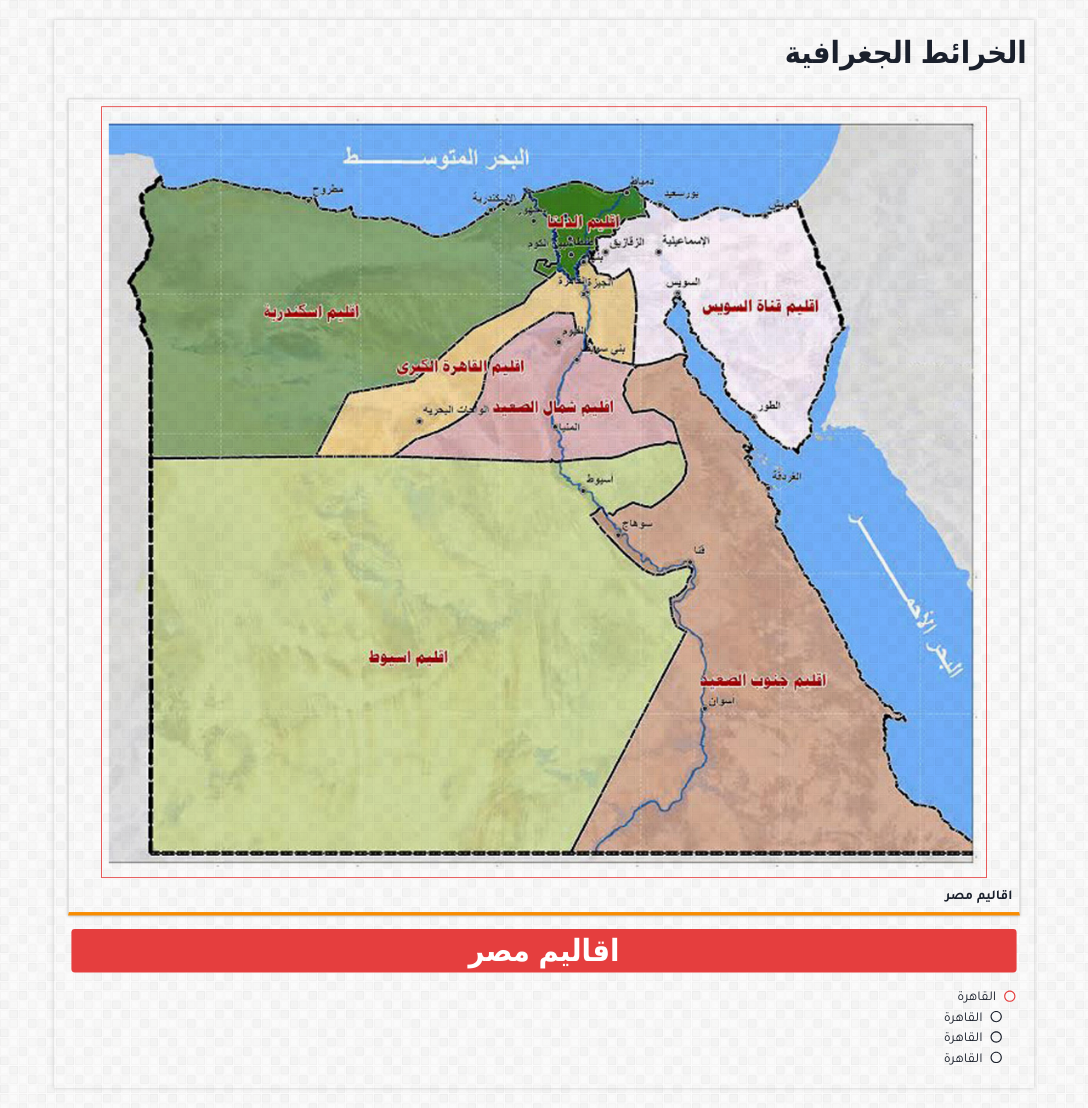
Repository: ahmed-mohamed-eng/egypt-gov-map
Page: /
An editor plug-in stored every save of this project. The page is shown before and after the next save, followed by the edit.
The browser window is 1280 px wide. The pictures show the whole page, at 85% of full size.
Some web fonts or font styles are not loaded; a fallback is used. The project was rebuilt for these pictures with package versions that can differ from the ones it lists, and the page was loaded fresh each time. The framework's server and built-in components were replaced by stand-ins that run in the browser. Also part of the build but not shown: next.config.js.

Above is the page before, as saved 2022-05-30 13:53:39.

### pages/_app.tsx
import "../styles/globals.css";

import type { AppProps } from "next/app";

import { ChakraProvider, extendTheme } from "@chakra-ui/react";

const theme = extendTheme({
  fonts: {
    heading: `Arial, Helvetica,"Aref Ruqaa" ,'Segoe UI', Tahoma, Geneva, Verdana, sans-serif`,
  },
});

function MyApp({ Component, pageProps }: AppProps) {
  return (
    <ChakraProvider theme={theme}>
      <Component {...pageProps} />
    </ChakraProvider>
  );
}

export default MyApp;

### pages/_document.tsx
import Document, {
  Html,
  Head,
  Main,
  NextScript,
  DocumentContext,
} from "next/document";

class MyDocument extends Document {
  static async getInitialProps(ctx: DocumentContext) {
    const initialProps = await Document.getInitialProps(ctx);
    return { ...initialProps };
  }

  render() {
    return (
      <Html dir="rtl" lang="ar">
        <Head />
        <body>
          <Main />
          <NextScript />
        </body>
      </Html>
    );
  }
}

export default MyDocument;

### pages/index.tsx
import type { NextPage } from "next";

// Custom Components
import Header from "../components/Header";
import PageContainer from "../components/PageContainer";
import MainContentArea from "../components/MainContentArea";

const Home: NextPage = () => {
  return (
    <PageContainer>
      <Header headerTitle="الخرائط الجغرافية" />
      <MainContentArea />
    </PageContainer>
  );
};

export default Home;

### styles/globals.css
@import url("https://fonts.googleapis.com/css2?family=Amiri:ital,wght@0,700;1,400;1,700&family=Aref+Ruqaa:wght@400;700&family=Tajawal:wght@300;400;500;700;800;900&display=swap");

@tailwind base;
@tailwind components;
@tailwind utilities;

html,
body {
  padding: 0;
  margin: 0;
  font-family: -apple-system, BlinkMacSystemFont, Segoe UI, Roboto, Oxygen,
    Ubuntu, Cantarell, Fira Sans, Droid Sans, Helvetica Neue, sans-serif;
}

a {
  color: inherit;
  text-decoration: none;
}

* {
  box-sizing: border-box;
  font-family: Arial, Helvetica, "Tajawal", "Aref Ruqaa", "Segoe UI", Tahoma,
    Geneva, Verdana, sans-serif;
}

### components/Header/index.tsx
export { Header as default } from "./Header";

### components/PageContainer/index.tsx
export { PageContainer as default } from "./PageContainer";

### components/MainContentArea/index.tsx
export { MainContentArea as default } from "./MainContentArea";

### components/Header/Header.tsx
import { Divider, Flex, Heading, VStack } from "@chakra-ui/react";

export interface HeaderProps {
  headerTitle: string;
}

export const Header = (props: HeaderProps) => {
  return (
    <VStack
      as="header"
      w="full"
      justifyContent="center"
      alignItems="center"
      fontSize="1.5rem"
      fontFamily="arabic"
      flex="1"
    >
      <Heading w="full" textAlign="right" as="h1">
        {props.headerTitle}
      </Heading>
      <Flex w="full">
        <Divider orientation="horizontal" />
      </Flex>
    </VStack>
  );
};

### components/PageContainer/PageContainer.tsx
import { Center, Flex, VStack } from "@chakra-ui/react";

// import bgImage from "../../images/backgroundImage.png";

export const PageContainer = (props: any) => {
  return (
    <Flex backgroundImage={`url(../../images/backgroundImage.png)`}>
      <Center w="full" h="full" py="1.5rem">
        <VStack
          width={["90vw"]}
          minH="95vh"
          boxShadow="0 0 5px #CACACA"
          py="1rem"
          px="0.5rem"
          spacing="1rem"
        >
          {props.children}
        </VStack>
      </Center>
    </Flex>
  );
};

### components/MainContentArea/MainContentArea.tsx
import { VStack } from "@chakra-ui/react";

// Custom Components.
import MapArea from "./MapArea";
import QuickNavigationArea from "./QuickNavigationArea";

export const MainContentArea = () => {
  return (
    <VStack
      as="main"
      w="full"
      p="0.5rem"
      spacing="1rem"
      flex="14"
    >
      <MapArea />
      <QuickNavigationArea />
    </VStack>
  );
};

### components/MainContentArea/MapArea/index.tsx
export { MapArea as default } from "./MapArea";

### components/MainContentArea/QuickNavigationArea/index.tsx
export { QuickNavigationArea as default } from "./QuickNavigationArea";

### components/MainContentArea/MapArea/MapArea.tsx
import { VStack } from "@chakra-ui/react";

// Custom Components.
import MapImage from "./MapImage";
import MapInfoDisplayedLinks from "./MapInfoDisplayedLinks";

export const MapArea = () => {
  return (
    <VStack
      borderWidth="thin"
      borderColor="red.500"
      boxShadow="0 1px 3px 0 #b5b5b5"
      border="1px solid #DDD"
      borderBottom="4px solid #F88C00"
      p="0.5rem"
      w="full"
      spacing="0.5rem"
    >
      <MapImage />
      <MapInfoDisplayedLinks
        breadcrumbItems={[
          {
            text: "اقاليم مصر",
            url: "#",
          },
        ]}
      />
    </VStack>
  );
};

### components/MainContentArea/QuickNavigationArea/QuickNavigationArea.tsx
import { VStack, Heading } from "@chakra-ui/react";
import CitiesList from "./CitiesList";

export const QuickNavigationArea = () => {
  return (
    <VStack w="full" spacing="1rem" px="0.25rem">
      <Heading
        w="full"
        h="fit-content"
        borderRadius="0.25rem"
        color="white"
        bg="red.500"
        p="0.25rem"
        textAlign="center"
      >
        اقاليم مصر
      </Heading>
      <CitiesList
        list={[
          {
            provinceName: "القاهرة",
            url: "https://www.google.com",
            childItems: [
              {
                cityName: "القاهرة",
                url: "https://www.google.com/",
              },
              {
                cityName: "القاهرة",
                url: "https://www.google.com/",
              },
              {
                cityName: "القاهرة",
                url: "https://www.google.com/",
              },
            ],
          },
        ]}
      />
    </VStack>
  );
};

### components/MainContentArea/MapArea/MapImage/index.tsx
export { MapImage as default } from "./MapImage";

### components/MainContentArea/MapArea/MapInfoDisplayedLinks/index.tsx
export { MapInfoDisplayedLinks as default } from "./MapInfoDisplayedLinks";

### components/MainContentArea/QuickNavigationArea/CitiesList/index.tsx
export { CitiesList as default } from "./CitiesList";

### components/MainContentArea/MapArea/MapImage/MapImage.tsx
import React from "react";

import { Flex, Image } from "@chakra-ui/react";

// Images Sources.
import mapImage from "../../../../images/Egypt_Provinces.jpg";

export const MapImage = () => {
  return (
    <Flex borderWidth="thin" borderColor="red.500" p="0.5rem">
      <Image mixBlendMode="multiply" src={mapImage.src} alt="Egypt Province Map" />
    </Flex>
  );
};

### components/MainContentArea/MapArea/MapInfoDisplayedLinks/MapInfoDisplayedLinks.tsx
import { v4 as uuidV4 } from "uuid";

import { Breadcrumb, BreadcrumbItem, BreadcrumbLink } from "@chakra-ui/react";

export type BreadcrumbElement = {
  url: string;
  text: string;
};

export interface MapInfoDisplayedLinksProps {
  breadcrumbItems: Array<BreadcrumbElement>;
}

export const MapInfoDisplayedLinks = (props: MapInfoDisplayedLinksProps) => {
  const breadcrumbItems = props.breadcrumbItems.map((item) => {
    return (
      <BreadcrumbItem key={uuidV4()}>
        <BreadcrumbLink fontWeight="600" href={item.url}>
          {item.text}
        </BreadcrumbLink>
      </BreadcrumbItem>
    );
  });

  return <Breadcrumb w="full">{breadcrumbItems}</Breadcrumb>;
};

### components/MainContentArea/QuickNavigationArea/CitiesList/CitiesList.tsx
import { v4 as uuidV4 } from "uuid";

import { List, ListItem, ListIcon } from "@chakra-ui/react";

import { BiCircle } from "react-icons/bi";

export type city = {
  cityName: string;
  url: string;
};

export type province = {
  provinceName: string;
  url: string;
  childItems: Array<city>;
};

export interface CitiesListProps {
  list: Array<province>;
}

export const CitiesList = (props: CitiesListProps) => {
  const items = props.list.map((item, parentIndex) => {
    return (
      <List key={uuidV4()}>
        <ListItem as="a" href={item.url}>
          <ListIcon as={BiCircle} color="red.500" fill="red.500" />
          {item.provinceName}
        </ListItem>
        {item.childItems.map((childItem) => {
          return (
            <List key={uuidV4()} pr={`${parentIndex + 1}rem`}>
              <ListItem as="a" href={childItem.url}>
                <ListIcon as={BiCircle} />
                {childItem.cityName}
              </ListItem>
            </List>
          );
        })}
      </List>
    );
  });
  return <List w="full">{items}</List>;
};

Loaded but not shown: tailwind.config.js (common file)

After the next save:
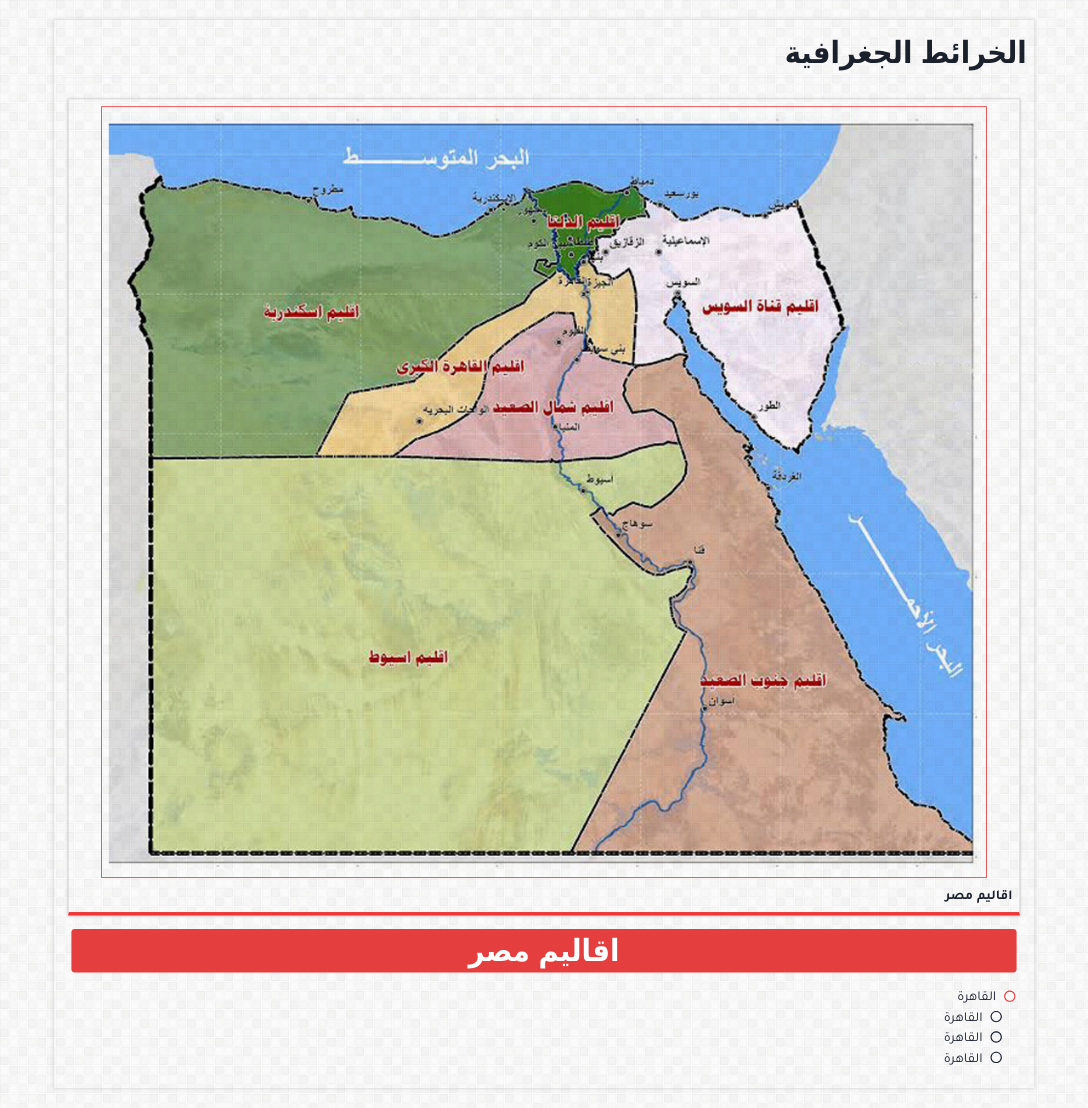
Saved 22 s later.
--- a/components/MainContentArea/MapArea/MapArea.tsx
+++ b/components/MainContentArea/MapArea/MapArea.tsx
@@ -11,7 +11,7 @@ export const MapArea = () => {
       borderColor="red.500"
       boxShadow="0 1px 3px 0 #b5b5b5"
       border="1px solid #DDD"
-      borderBottom="4px solid #F88C00"
+      borderBottom="4px solid #ef3636"
       p="0.5rem"
       w="full"
       spacing="0.5rem"
